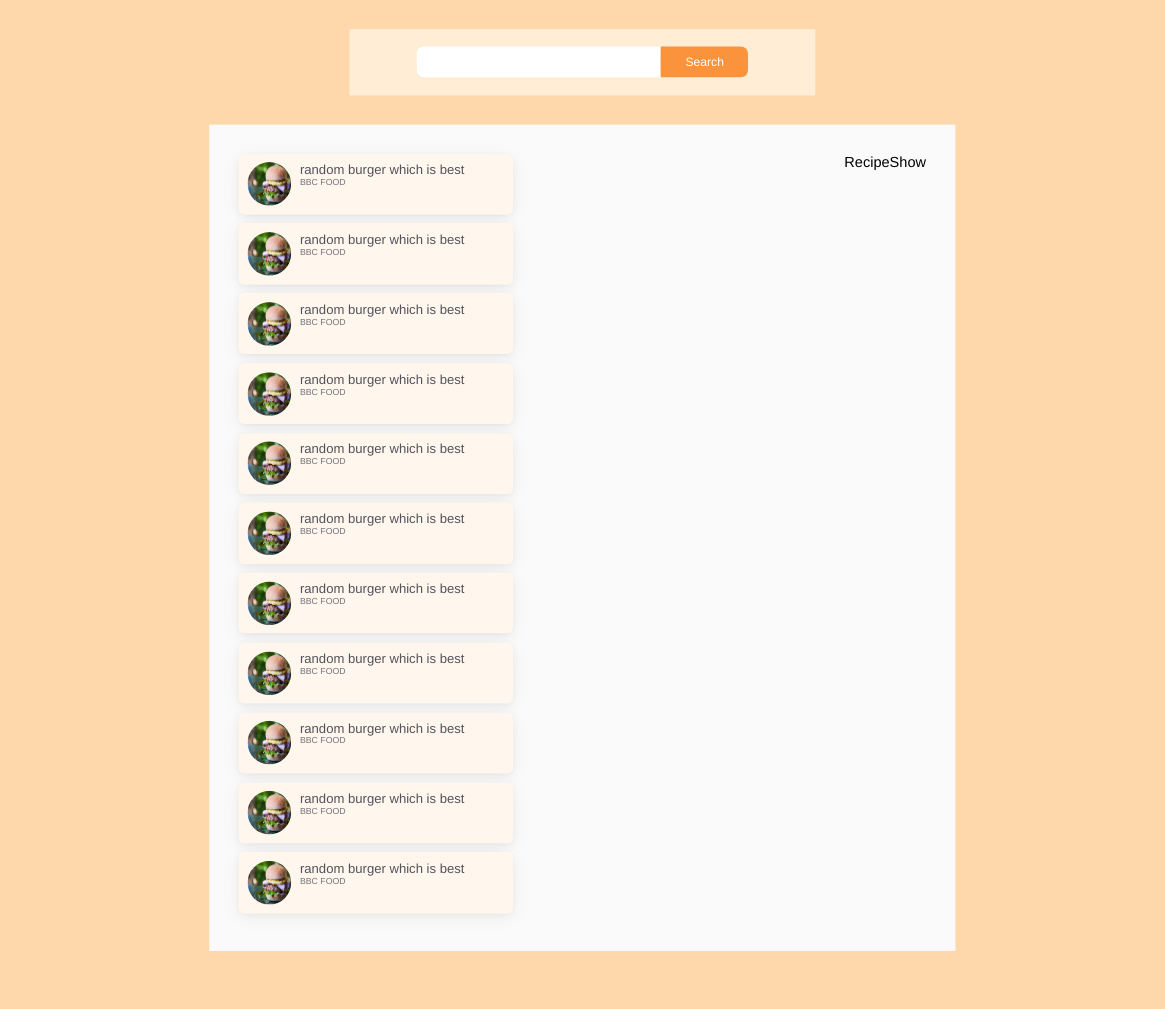
Repository: sandipkarmokar/recipeApp
Page: /
The author's editor kept a copy of each file at every save. The page is drawn from the files as they stood at one save, then again after the next save.
The browser window is 1280 px wide. The pictures show the whole page, at 91% of full size.
The project was rebuilt for these pictures with package versions that can differ from the ones it lists, and the page was loaded fresh each time.

Above is the page before, as saved 2022-04-16 12:20:47.

### src/App.js
import { useState } from 'react';
import './App.css';
import SearchBar from './components/searchBar';
import ListView from './components/listView';
import RecipeShow from './components/recipeShow';

const App = () => {
    const [query, setQuery] = useState('');
    const [recipeList, setRecipeList] = useState([]);
    const [isLoading, setIsLoading] = useState(true);
    const [recipeId, setRecipeId] = useState('');

    const url = `https://forkify-api.herokuapp.com/api/search?q=${query}`;
    const recipeUrl = `https://forkify-api.herokuapp.com/api/get?rId=${recipeId}`;

    return (
        <div className="app">
            <div className="app-container">
                <SearchBar></SearchBar>
                <div className="recipe-modal">
                    <ListView></ListView>
                    <RecipeShow></RecipeShow>
                </div>
            </div>
        </div>
    );
};

export default App;

### src/App.css
* {
    margin: 0;
    padding: 0;
    box-sizing: border-box;
    font-family: Helvetica, sans-serif;
}

.app {
    height: 100%;
    width: 100vw;
    background-color: #fed7aa;
}

.app .app-container {
    margin: 0 auto;
    width: 80%;
    padding: 2rem 0;
    display: flex;
    justify-content: center;
    flex-direction: column;
}

.app .app-container .searchBar {
    width: 50%;
    background-color: #ffedd5;
    padding: 1.2rem 1rem;
    margin: 0 auto;
    width: 50%;
    display: flex;
    justify-content: center;
}
.app .app-container .searchBar .searchBar-container {
    width: 80%;
    margin: 0 auto;
    display: flex;
    justify-content: center;
}
.app .app-container .searchBar .searchBar-container input {
    width: 70%;
    padding: 0.4rem 1rem;
    border: none;
    border-radius: 0.5rem 0 0 0.5rem;
}

.app .app-container .searchBar .searchBar-container button {
    width: 25%;
    padding: 0.6rem 1rem;
    background-color: #fb923c;
    border: none;
    color: #fff;
    border-radius: 0 0.5rem 0.5rem 0;
}

.app .app-container .recipe-modal {
    width: 80%;
    background-color: #fafafa;
    margin: 2rem auto;
    display: flex;
    justify-content: space-between;
    padding: 2rem;
}

.app .app-container .recipe-modal .recipeList {
    width: 40%;
}

.app
    .app-container
    .recipe-modal
    .recipeList
    .recipeList-container
    .recipe-item {
    display: flex;
    background-color: #fff7ed;
    padding: 0.6rem;
    margin-bottom: 0.6rem;
    box-shadow: 0px 5px 24px rgba(0, 0, 0, 0.04),
        0px 3.24074px 14.0556px rgba(0, 0, 0, 0.0303704),
        0px 1.92593px 7.64444px rgba(0, 0, 0, 0.0242963),
        0px 1px 3.9px rgba(0, 0, 0, 0.02),
        0px 0.407407px 1.95556px rgba(0, 0, 0, 0.0157037),
        0px 0.0925926px 0.944444px rgba(0, 0, 0, 0.00962963);
    border-radius: 0.4rem;
}
.app
    .app-container
    .recipe-modal
    .recipeList
    .recipeList-container
    .recipe-item
    img {
    height: 48px;
    width: 48px;
    border-radius: 100%;
}
.app
    .app-container
    .recipe-modal
    .recipeList
    .recipeList-container
    .recipe-item
    .info {
    display: flex;
    flex-direction: column;
    margin-left: 0.6rem;
}
.app
    .app-container
    .recipe-modal
    .recipeList
    .recipeList-container
    .recipe-item
    .info
    .title {
    color: #52525b;
    font-size: 0.9rem;
}
.app
    .app-container
    .recipe-modal
    .recipeList
    .recipeList-container
    .recipe-item
    .info
    .publisher {
    color: #71717a;
    font-size: 0.6rem;
}

### src/components/searchBar.js
import React from 'react';

const SearchBar = () => {
    return (
        <div className="searchBar">
            <form className="searchBar-container">
                <input type="text" />
                <button type="submit">Search</button>
            </form>
        </div>
    );
};

export default SearchBar;

### src/components/listView.js
import React from 'react';
import data from './data';

const ListView = () => {
    return (
        <div className="recipeList">
            <div className="recipeList-container">
                {data.map((el) => {
                    console.log(data);
                    return (
                        <div className="recipe-item">
                            <img src={el.img} alt="" />
                            <div className="info">
                                <p className="title">{el.title}</p>
                                <p className="publisher">{el.publisher}</p>
                            </div>
                        </div>
                    );
                })}
            </div>
        </div>
    );
};

export default ListView;

### src/components/recipeShow.js
import React from 'react';

const RecipeShow = () => {
    return <div>RecipeShow</div>;
};

export default RecipeShow;

### src/components/data.js
import image from '../components/food.jpg';

const data = [
    {
        id: 1,
        img: image,
        title: 'random burger which is best',
        publisher: 'BBC FOOD',
    },
    {
        id: 1,
        img: image,
        title: 'random burger which is best',
        publisher: 'BBC FOOD',
    },
    {
        id: 1,
        img: image,
        title: 'random burger which is best',
        publisher: 'BBC FOOD',
    },
    {
        id: 1,
        img: image,
        title: 'random burger which is best',
        publisher: 'BBC FOOD',
    },
    {
        id: 1,
        img: image,
        title: 'random burger which is best',
        publisher: 'BBC FOOD',
    },
    {
        id: 1,
        img: image,
        title: 'random burger which is best',
        publisher: 'BBC FOOD',
    },
    {
        id: 1,
        img: image,
        title: 'random burger which is best',
        publisher: 'BBC FOOD',
    },
    {
        id: 1,
        img: image,
        title: 'random burger which is best',
        publisher: 'BBC FOOD',
    },
    {
        id: 1,
        img: image,
        title: 'random burger which is best',
        publisher: 'BBC FOOD',
    },
    {
        id: 1,
        img: image,
        title: 'random burger which is best',
        publisher: 'BBC FOOD',
    },
    {
        id: 1,
        img: image,
        title: 'random burger which is best',
        publisher: 'BBC FOOD',
    },
];

export default data;

Loaded but not shown: public/index.html (common file); src/index.js (common file); src/index.css (common file); src/reportWebVitals.js (common file)

After the next save:
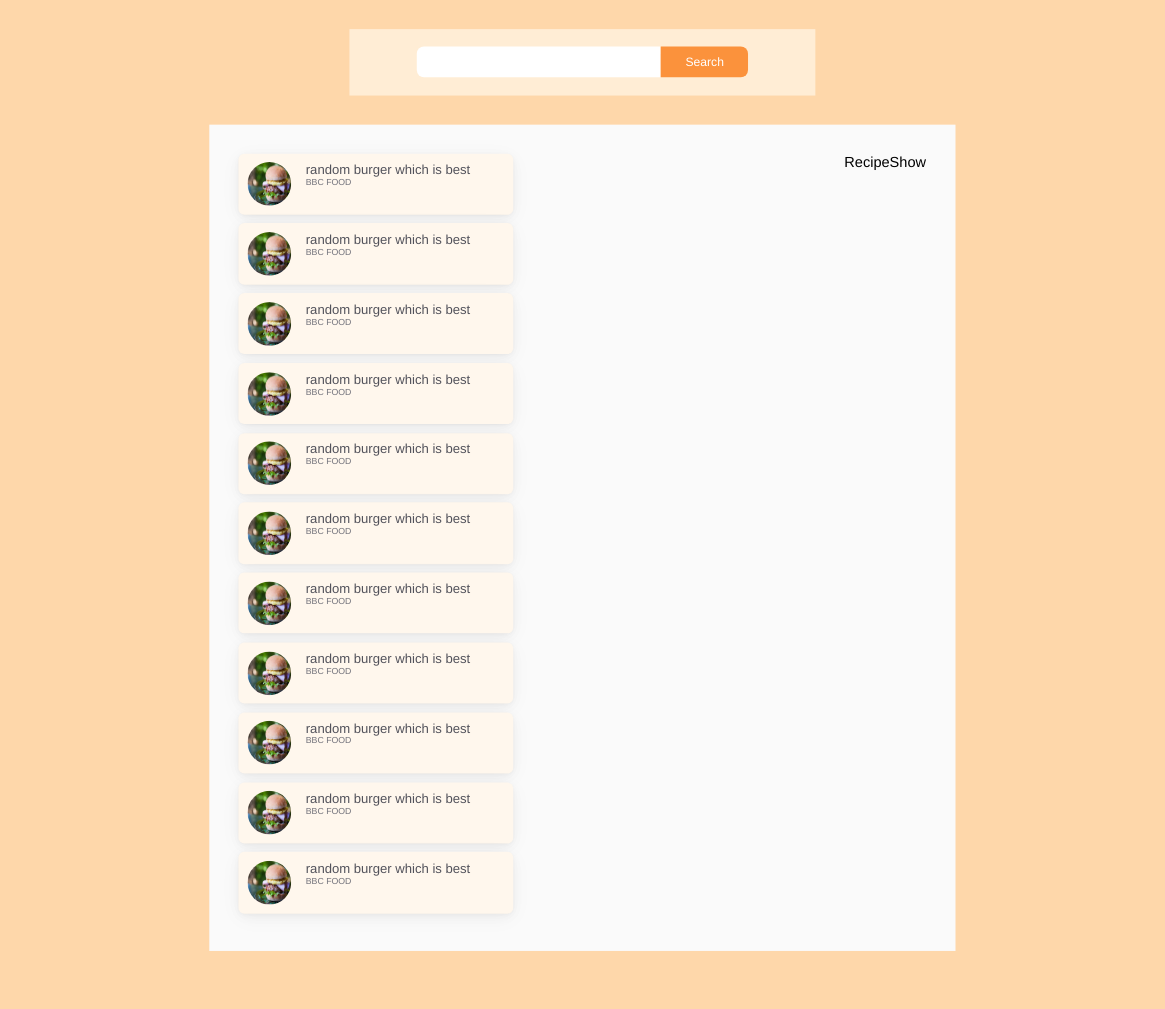
Saved 14 s later.
--- a/src/App.css
+++ b/src/App.css
@@ -102,7 +102,7 @@
     .info {
     display: flex;
     flex-direction: column;
-    margin-left: 0.6rem;
+    margin-left: 1rem;
 }
 .app
     .app-container
